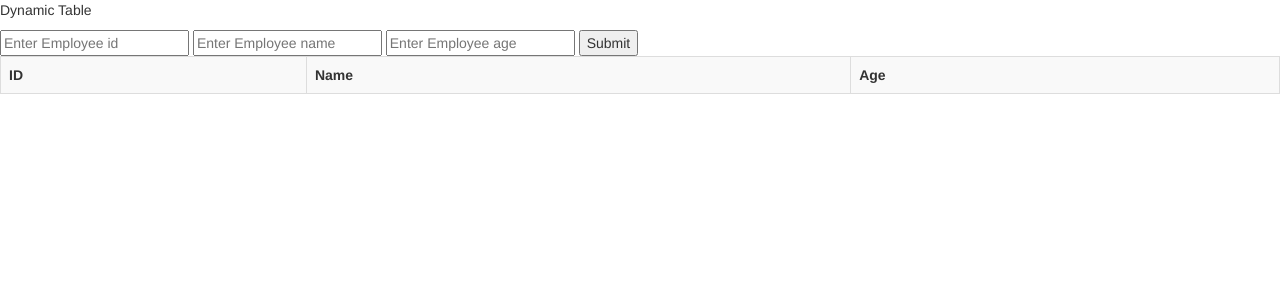
Repository: NathanDPoole/Personal
Page: Training/JavaScriptEx/src/main/webapp/html/dynamicTable.html
An editor plug-in stored every save of this project. The page is shown before and after the next save, followed by the edit.
The browser window is 1280 px wide. The pictures show the whole page.

Above is the page before, as saved 2017-12-29 16:21:33.
Console error: TypeError: Cannot read properties of null (reading 'appendChild')

After the next save:
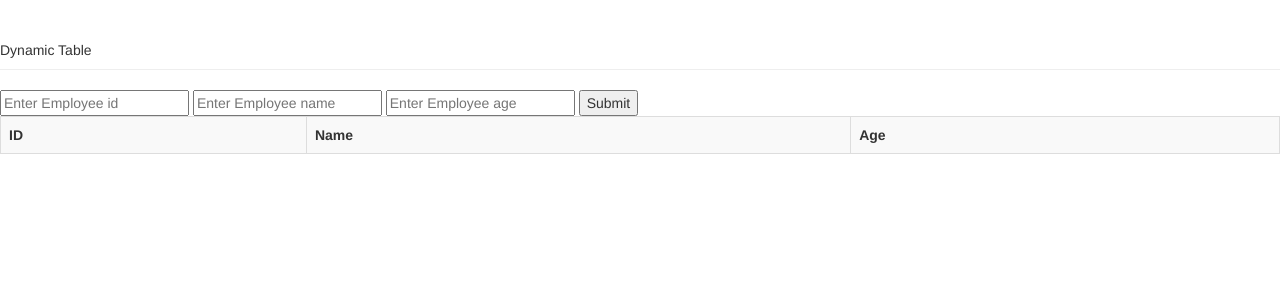
Saved 29 s later.
--- a/Training/JavaScriptEx/src/main/webapp/html/dynamicTable.html
+++ b/Training/JavaScriptEx/src/main/webapp/html/dynamicTable.html
@@ -12,7 +12,7 @@
 
 	<header>
 		<div>
-			<p>Dynamic Table</p>
+			<p class="page-header">Dynamic Table</p>
 			<div id="formDiv">
 				<form>
 					<input id="eid" type="text" placeholder="Enter Employee id" />
